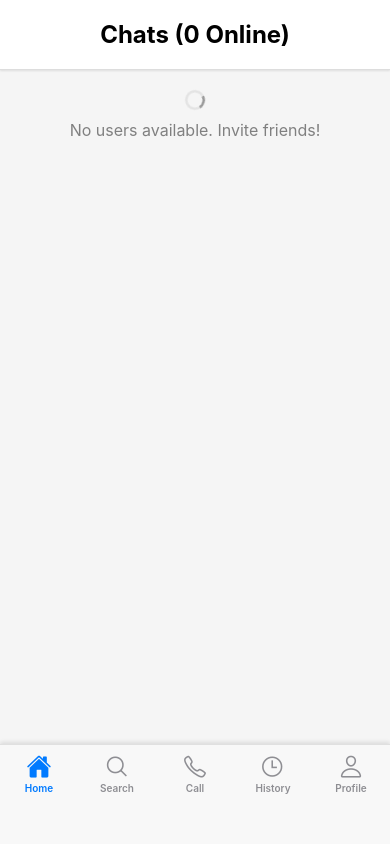
Repository: UdayRaj04/Chatapp_native
Screen: /MainTabs (app in ChatAppFrontend/)
An editor plug-in stored every save of this project. The screen is shown before and after the next save, followed by the edit.
The app was drawn by React Native's web renderer in a window 390 px wide. The project was rebuilt for these pictures with package versions that can differ from the ones it lists, and the page was loaded fresh each time. Some packages were replaced by stand-ins written for this rebuild. Also part of the build but not shown: ChatAppFrontend/screens/RegisterScreen.tsx, ChatAppFrontend/screens/ChatScreen.tsx, ChatAppFrontend/screens/SearchScreen.tsx, ChatAppFrontend/screens/AnalyticsScreen.tsx, ChatAppFrontend/screens/HistoryScreen.tsx, ChatAppFrontend/screens/ProfileScreen.tsx.

Above is the screen before, as saved 2025-09-09 17:48:15.

### ChatAppFrontend/App.tsx
import 'react-native-get-random-values';  // Polyfill first
import React from 'react';
import { NavigationContainer } from '@react-navigation/native';
import { createStackNavigator } from '@react-navigation/stack';
import { createBottomTabNavigator } from '@react-navigation/bottom-tabs';
import { Ionicons } from '@expo/vector-icons';
import { LogBox, View } from 'react-native';
import { SafeAreaProvider } from 'react-native-safe-area-context';  // New: For dynamic insets

// Suppress warnings
LogBox.ignoreLogs([
  'Text strings must be rendered within a <Text> component',
  'VirtualizedList: You have a large list that is slow to initial render',
  'Require cycle:',
  /Warning: [A-Za-z ]*Text strings[A-Za-z ]*/,
]);

// Your existing screens
import LoginScreen from './screens/LoginScreen';
import RegisterScreen from './screens/RegisterScreen';
import ChatListScreen from './screens/ChatListScreen';
import ChatScreen from './screens/ChatScreen';

// Placeholder screens (ensure they exist)
import SearchScreen from './screens/SearchScreen';
import AnalyticsScreen from './screens/AnalyticsScreen';
import HistoryScreen from './screens/HistoryScreen';
import ProfileScreen from './screens/ProfileScreen';

const Stack = createStackNavigator();
const Tab = createBottomTabNavigator();

// Main Tab Navigator (enhanced with safe area for no overlap)
function MainTabs() {
  return (
    <Tab.Navigator
      screenOptions={({ route }) => ({
        tabBarIcon: ({ focused, color, size }) => {
          let iconName: keyof typeof Ionicons.glyphMap;

          if (route.name === 'Chats') {
            iconName = focused ? 'home' : 'home-outline';
          } else if (route.name === 'Search') {
            iconName = focused ? 'search' : 'search-outline';
          } else if (route.name === 'Call') {
            iconName = focused ? 'call' : 'call-outline';
          } else if (route.name === 'History') {
            iconName = focused ? 'time' : 'time-outline';
          } else {
            iconName = focused ? 'person' : 'person-outline';
          }

          return <Ionicons name={iconName} size={size} color={color} />;
        },
        tabBarActiveTintColor: '#007AFF',
        tabBarInactiveTintColor: '#8e8e93',
        tabBarStyle: {
          backgroundColor: '#f8f8f8',
          borderTopWidth: 0.5,
          borderTopColor: '#e0e0e0',
          elevation: 8,
          shadowColor: '#000',
          shadowOffset: { width: 0, height: -2 },
          shadowOpacity: 0.1,
          shadowRadius: 4,
          height: 100,  // Increased: Taller tab bar (60 was too tight; 70 + labels)
          paddingBottom: 50,  // Reduced top padding for balance
          paddingTop: 5,
          position: 'absolute',  // Explicit: Ensures absolute positioning
          bottom: 0,  // Pin to bottom
          left: 0,
          right: 0,
          marginBottom: 0,  // No extra margin
        },
        tabBarLabelStyle: {
          fontSize: 10,
          fontWeight: '600',
          marginBottom: 0,  // Tight labels
        },
        headerShown: false,
        lazy: true,
        // New: Apply safe area padding to tab screens (prevents overlap)
        cardStyle: { paddingBottom: 0 },  // No extra card padding
      })}
    >
      <Tab.Screen name="Chats" component={ChatListScreen} options={{ title: 'Home' }} />
      <Tab.Screen name="Search" component={SearchScreen} options={{ title: 'Search' }} />
      <Tab.Screen name="Call" component={AnalyticsScreen} options={{ title: 'Call' }} />
      <Tab.Screen name="History" component={HistoryScreen} options={{ title: 'History' }} />
      <Tab.Screen name="Profile" component={ProfileScreen} options={{ title: 'Profile' }} />
    </Tab.Navigator>
  );
}

// Main App - Wrapped in SafeAreaProvider
export default function App() {
  return (
    <SafeAreaProvider>  {/* New: Enables useSafeAreaInsets() */}
      <View style={{ flex: 1 }}>
        <NavigationContainer>
          <Stack.Navigator
            initialRouteName="Login"
            screenOptions={{
              headerShown: false,
              cardStyle: { backgroundColor: '#f5f5f5' },
            }}
          >
            <Stack.Screen name="Login" component={LoginScreen} />
            <Stack.Screen name="Register" component={RegisterScreen} />
            <Stack.Screen name="MainTabs" component={MainTabs} />
            <Stack.Screen
              name="Chat"
              component={ChatScreen}
              options={{
                headerShown: true,
                headerTitle: 'Chat',
                headerStyle: { backgroundColor: '#007AFF' },
                headerTintColor: '#fff',
                presentation: 'modal',
                // Hide tabs in chat to avoid overlap
                tabBarStyle: { display: 'none' },
              }}
            />
          </Stack.Navigator>
        </NavigationContainer>
      </View>
    </SafeAreaProvider>
  );
}

### ChatAppFrontend/screens/LoginScreen.tsx
import React, { useState } from 'react';
import {
  View,
  TextInput,
  TouchableOpacity,
  Text,
  StyleSheet,
  Alert,
  ActivityIndicator,
  KeyboardAvoidingView,
  Platform,
  Image,  // New: For logo
} from 'react-native';
import { Ionicons } from '@expo/vector-icons';  // For input icons
import { useSafeAreaInsets } from 'react-native-safe-area-context';  // For insets (provider in App.tsx)
import { useNavigation } from '@react-navigation/native';  // For navigation
import AsyncStorage from '@react-native-async-storage/async-storage';
import axios, { AxiosError } from 'axios';

const API_BASE = 'http://192.168.29.93:5000/api';

interface LoginResponse {
  token: string;
  user: {
    id?: string;
    _id?: string;
    username: string;
    email: string;
  };
}

export default function LoginScreen() {
  const [email, setEmail] = useState<string>('');
  const [password, setPassword] = useState<string>('');
  const [loading, setLoading] = useState<boolean>(false);
  const [emailError, setEmailError] = useState<string>('');
  const [passwordError, setPasswordError] = useState<string>('');
  const navigation = useNavigation<any>();
  const insets = useSafeAreaInsets();  // Use insets from root provider

  const validateEmail = (email: string): boolean => {
    const emailRegex = /^[^\s@]+@[^\s@]+\.[^\s@]+$/;
    if (!email) {
      setEmailError('Email is required');
      return false;
    }
    if (!emailRegex.test(email)) {
      setEmailError('Invalid email format');
      return false;
    }
    setEmailError('');
    return true;
  };

  const validatePassword = (password: string): boolean => {
    if (!password) {
      setPasswordError('Password is required');
      return false;
    }
    if (password.length < 6) {
      setPasswordError('Password must be at least 6 characters');
      return false;
    }
    setPasswordError('');
    return true;
  };

  const handleLogin = async (): Promise<void> => {
    if (!validateEmail(email) || !validatePassword(password)) return;

    setLoading(true);
    try {
      const response = await axios.post<LoginResponse>(`${API_BASE}/auth/login`, {
        email,
        password,
      });
      await AsyncStorage.setItem('token', response.data.token);
      await AsyncStorage.setItem('user', JSON.stringify(response.data.user));
      navigation.replace('MainTabs');  // Navigate to tabs on success
    } catch (err) {
      const error = err as AxiosError;
      Alert.alert('Login Failed', error.response?.data?.error || 'Invalid credentials');
    } finally {
      setLoading(false);
    }
  };

  return (
    <KeyboardAvoidingView
      style={[styles.container, { paddingTop: insets.top }]}
      behavior={Platform.OS === 'ios' ? 'padding' : 'height'}
      enabled={true}
    >
      {/* Title with Logo */}
      <View style={styles.titleContainer}>
        {/* New: Bigger Logo */}
        <Image
          source={require('../assets/logos.png')}  // Adjust path if needed (e.g., '../../assets/logo.png')
          style={styles.logo}
          resizeMode="contain"
        />
        <Text style={styles.title}>Seamless Chat</Text>
        <Text style={styles.subtitle}>Welcome back! Sign in to continue</Text>
      </View>

      {/* Form */}
      <View style={styles.formContainer}>
        {/* Email Input */}
        <View style={styles.inputContainer}>
          <Ionicons name="mail" size={24} color="#999" style={styles.inputIcon} />
          <TextInput
            style={[styles.input, emailError ? styles.inputError : null]}
            value={email}
            onChangeText={(text) => {
              setEmail(text);
              if (emailError) validateEmail(text);
            }}
            placeholder="Email"
            keyboardType="email-address"
            autoCapitalize="none"
            onBlur={() => validateEmail(email)}
          />
        </View>
        {emailError ? <Text style={styles.errorText}>{emailError}</Text> : null}

        {/* Password Input */}
        <View style={styles.inputContainer}>
          <Ionicons name="lock-closed" size={24} color="#999" style={styles.inputIcon} />
          <TextInput
            style={[styles.input, passwordError ? styles.inputError : null]}
            value={password}
            onChangeText={(text) => {
              setPassword(text);
              if (passwordError) validatePassword(text);
            }}
            placeholder="Password"
            secureTextEntry={true}
            onBlur={() => validatePassword(password)}
          />
        </View>
        {passwordError ? <Text style={styles.errorText}>{passwordError}</Text> : null}

        {/* Login Button */}
        <TouchableOpacity
          style={[styles.button, loading ? styles.buttonDisabled : null]}
          onPress={handleLogin}
          disabled={loading}
          activeOpacity={0.7}
        >
          {loading ? (
            <ActivityIndicator size="small" color="#fff" />
          ) : (
            <Text style={styles.buttonText}>Login</Text>
          )}
        </TouchableOpacity>

        {/* Register Link */}
        <TouchableOpacity
          style={styles.linkContainer}
          onPress={() => navigation.navigate('Register')}
        >
          <Text style={styles.linkText}>Don't have an account? Register</Text>
        </TouchableOpacity>
      </View>
    </KeyboardAvoidingView>
  );
}

const styles = StyleSheet.create({
  container: {
    flex: 1,
    backgroundColor: '#f5f5f5',
    justifyContent: 'center',
    alignItems: 'center',
  },
  titleContainer: {
    alignItems: 'center',
    marginBottom: 50,  // Increased: More space after logo/title to form
  },
  // New: Logo Style (Bigger, Centered)
  logo: {
    width: 120,  // Bigger size - adjust as needed (e.g., 100 for smaller)
    height: 120,
    marginBottom: 20,  // Space between logo and title
    alignSelf: 'center',
  },
  title: {
    fontSize: 32,
    fontWeight: 'bold',
    color: '#333',
    marginBottom: 5,
  },
  subtitle: {
    fontSize: 16,
    color: '#666',
    textAlign: 'center',
  },
  formContainer: {
    width: '85%',  // Responsive width
    alignItems: 'center',
  },
  inputContainer: {
    flexDirection: 'row',
    alignItems: 'center',
    backgroundColor: '#fff',
    borderRadius: 10,
    marginBottom: 15,
    paddingHorizontal: 15,
    elevation: 2,
    shadowColor: '#000',
    shadowOffset: { width: 0, height: 1 },
    shadowOpacity: 0.1,
    shadowRadius: 2,
    width: '100%',
  },
  inputIcon: {
    marginRight: 10,
  },
  input: {
    flex: 1,
    paddingVertical: 12,
    fontSize: 16,
    color: '#333',
  },
  inputError: {
    borderWidth: 1,
    borderColor: '#ff6b6b',
  },
  errorText: {
    color: '#ff6b6b',
    fontSize: 12,
    marginBottom: 10,
    alignSelf: 'flex-start',
  },
  button: {
    backgroundColor: '#007AFF',
    borderRadius: 10,
    paddingVertical: 15,
    width: '100%',
    alignItems: 'center',
    marginTop: 10,
    elevation: 2,
    shadowColor: '#007AFF',
    shadowOffset: { width: 0, height: 2 },
    shadowOpacity: 0.2,
    shadowRadius: 4,
  },
  buttonDisabled: {
    backgroundColor: '#ccc',
  },
  buttonText: {
    color: '#fff',
    fontSize: 18,
    fontWeight: 'bold',
  },
  linkContainer: {
    marginTop: 20,
    alignItems: 'center',
  },
  linkText: {
    color: '#007AFF',
    fontSize: 16,
    textDecorationLine: 'underline',
  },
});

### ChatAppFrontend/screens/ChatListScreen.tsx
import React, { useState, useEffect } from 'react';
import {
  View,
  FlatList,
  Text,
  TouchableOpacity,
  StyleSheet,
  Alert,
  ActivityIndicator,
} from 'react-native';
import { Ionicons } from '@expo/vector-icons';  // New: For user icons (person-circle)
import { useSafeAreaInsets } from 'react-native-safe-area-context';  // From previous (for padding)
import AsyncStorage from '@react-native-async-storage/async-storage';
import axios, { AxiosError } from 'axios';
import io, { Socket } from 'socket.io-client';

const API_BASE = 'http://192.168.29.93:5000/api';

interface User {
  _id: string;
  id?: string;
  username: string;
  email: string;
}

export default function ChatListScreen({ navigation }: { navigation: any }) {
  const [users, setUsers] = useState<User[]>([]);
  const [loading, setLoading] = useState<boolean>(true);
  const [currentUser, setCurrentUser] = useState<User | null>(null);
  const [socket, setSocket] = useState<Socket | null>(null);
  const [onlineUsers, setOnlineUsers] = useState<Set<string>>(new Set());

  // Safe area for dynamic padding (from previous)
  const insets = useSafeAreaInsets();
  const bottomPadding = Math.max(120, insets.bottom + 70);

  useEffect(() => {
    loadUser();
    fetchUsers();

    const initSocket = async () => {
      const token = await AsyncStorage.getItem('token');
      if (token) {
        const newSocket = io(API_BASE.replace('/api', ''), {
          auth: { token },
        });
        setSocket(newSocket);
        newSocket.on('connect_error', () => Alert.alert('Socket Error', 'Connection failed'));

        newSocket.on('userOnline', (data) => {
          console.log('User online:', data.userId);
          setOnlineUsers((prev) => new Set([...prev, data.userId]));
        });

        newSocket.on('userOffline', (data) => {
          console.log('User offline:', data.userId);
          setOnlineUsers((prev) => {
            const newSet = new Set(prev);
            newSet.delete(data.userId);
            return newSet;
          });
        });

        newSocket.on('onlineUsersList', (data) => {
          console.log('Initial online users:', data.onlineUsers);
          setOnlineUsers(new Set(data.onlineUsers));
        });

        newSocket.on('connect', () => {
          console.log('Socket connected - requesting online users');
          newSocket.emit('getOnlineUsers');
        });
      }
    };
    initSocket();

    return () => {
      socket?.disconnect();
    };
  }, []);

  const loadUser = async (): Promise<void> => {
    const userStr = await AsyncStorage.getItem('user');
    if (userStr) {
      setCurrentUser(JSON.parse(userStr));
    }
    setLoading(false);
  };

  const fetchUsers = async (): Promise<void> => {
    const token = await AsyncStorage.getItem('token');
    if (!token) return;
    try {
      const response = await axios.get<User[]>(`${API_BASE}/users`, {
        headers: { Authorization: `Bearer ${token}` },
      });
      const validUsers = response.data.filter(u =>
        u && u.username && (u._id || u.id) && typeof u.username === 'string'
      );
      setUsers(validUsers);
    } catch (err) {
      const error = err as AxiosError;
      Alert.alert('Error', error.response?.data?.error || 'Failed to load users');
    }
  };

  const startChat = (otherUser: User): void => {
    const userId = otherUser.id || otherUser._id;
    console.log('Starting chat with userId:', userId);
    if (!userId) {
      Alert.alert('Error', 'Invalid user data');
      return;
    }
    navigation.navigate('Chat', {
      otherUserId: userId,
      otherUserName: otherUser.username,
    });
  };

  const renderUser = ({ item }: { item: User }): JSX.Element => {
    if (!item || !item.username || !(item._id || item.id)) {
      return (
        <View style={styles.userItem}>
          <View style={styles.userContent}>
            <Text style={styles.username}>Invalid user entry</Text>
          </View>
        </View>
      );
    }
    const userId = item.id || item._id;
    const isOnline = onlineUsers.has(userId);
    const userIdShort = userId.substring(0, 8) + '...';
    return (
      <TouchableOpacity onPress={() => startChat(item)} style={styles.userItem} activeOpacity={0.7}>
        <View style={styles.userContent}>
          {/* New: User icon on left */}
          <View style={styles.iconContainer}>
            <Ionicons
              name="person-circle"
              size={50}
              color={isOnline ? '#4CAF50' : '#ccc'}  // Green for online, gray for offline
            />
            {/* Optional: Small online dot (green circle below icon) */}
            {isOnline && (
              <View style={styles.onlineDot} />
            )}
          </View>
          {/* Text content on right */}
          <View style={styles.textContent}>
            <Text style={styles.username}>{item.username}</Text>
            {isOnline && <Text style={styles.onlineBadge}>Online</Text>}
            <Text style={styles.idText}>{"(ID: " + userIdShort + ")"}</Text>
          </View>
        </View>
      </TouchableOpacity>
    );
  };

  const renderEmpty = (): JSX.Element => (
    <View style={[styles.emptyContainer, { paddingBottom: bottomPadding }]}>
      <ActivityIndicator size="small" color="#999" />
      <Text style={styles.emptyText}>No users available. Invite friends!</Text>
    </View>
  );

  if (loading) {
    return (
      <View style={styles.loadingContainer}>
        <ActivityIndicator size="large" color="#0000ff" />
        <Text style={styles.loadingText}>Loading chats...</Text>
      </View>
    );
  }

  return (
    <View style={styles.container}>
      <Text style={styles.title}>Chats ({onlineUsers.size} Online)</Text>
      <FlatList
        data={users}
        keyExtractor={(item, index) => (item._id || item.id || index.toString())}
        renderItem={renderUser}
        ListEmptyComponent={renderEmpty}
        contentContainerStyle={[styles.listContent, { paddingBottom: bottomPadding }]}
        style={{ flex: 1 }}
        keyboardShouldPersistTaps="handled"
        bounces={true}
        showsVerticalScrollIndicator={true}
        initialNumToRender={10}
        maxToRenderPerBatch={5}
        windowSize={10}
        removeClippedSubviews={true}
        extraData={users}
        getItemLayout={(data, index) => ({ length: 70, offset: 70 * index, index })}
      />
    </View>
  );
}

const styles = StyleSheet.create({
  container: {
    flex: 1,
    backgroundColor: '#f5f5f5',
  },
  title: {
    fontSize: 24,
    fontWeight: 'bold',
    padding: 20,
    textAlign: 'center',
    backgroundColor: '#fff',
    borderBottomWidth: 1,
    borderBottomColor: '#ddd',
    elevation: 2,
    shadowColor: '#000',
    shadowOffset: { width: 0, height: 1 },
    shadowOpacity: 0.1,
    shadowRadius: 2,
  },
  loadingContainer: {
    flex: 1,
    justifyContent: 'center',
    alignItems: 'center',
  },
  loadingText: {
    marginTop: 10,
    fontSize: 16,
    color: '#666',
  },
  listContent: {
    paddingHorizontal: 10,
  },
  userItem: {
    backgroundColor: '#fff',
    marginVertical: 5,
    marginHorizontal: 10,
    borderRadius: 10,
    padding: 15,
    elevation: 2,
    shadowColor: '#000',
    shadowOffset: { width: 0, height: 1 },
    shadowOpacity: 0.2,
    shadowRadius: 1.41,
    // New: Taller for icon row
    minHeight: 70,
  },
  userContent: {
    flex: 1,
    flexDirection: 'row',  // New: Row for icon + text
    alignItems: 'center',  // New: Vertical center
  },
  // New: Icon container (left side)
  iconContainer: {
    marginRight: 15,  // Space between icon and text
    position: 'relative',  // For online dot positioning
  },
  // New: Text content wrapper (right side)
  textContent: {
    flex: 1,  // Take remaining space
    flexDirection: 'column',  // Stack username, badge, ID
    justifyContent: 'flex-start',
  },
  username: {
    fontSize: 18,
    fontWeight: 'bold',
    marginBottom: 2,  // Small space before badge/ID
  },
  onlineBadge: {
    fontSize: 12,
    color: '#4CAF50',
    fontWeight: 'bold',
    marginBottom: 2,
  },
  idText: {
    fontSize: 12,
    color: 'gray',
  },
  // New: Online status dot (small green circle under icon)
  onlineDot: {
    position: 'absolute',
    bottom: 0,
    right: 0,
    width: 12,
    height: 12,
    borderRadius: 6,
    backgroundColor: '#4CAF50',
    borderWidth: 2,
    borderColor: '#fff',  // White border for visibility
  },
  emptyContainer: {
    justifyContent: 'center',
    alignItems: 'center',
    padding: 20,
  },
  emptyText: {
    fontSize: 16,
    color: 'gray',
    textAlign: 'center',
    marginTop: 10,
  },
});

Loaded but not shown: ChatAppFrontend/index.ts (common file)

After the next save:
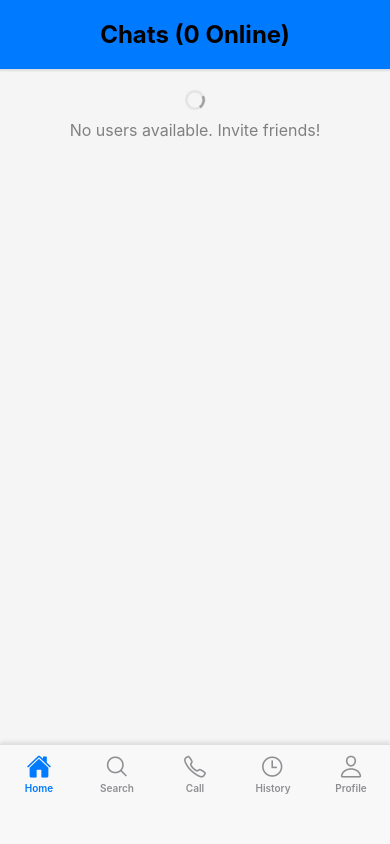
Saved 4 s later.
--- a/ChatAppFrontend/screens/ChatListScreen.tsx
+++ b/ChatAppFrontend/screens/ChatListScreen.tsx
@@ -206,7 +206,7 @@ const styles = StyleSheet.create({
     fontWeight: 'bold',
     padding: 20,
     textAlign: 'center',
-    backgroundColor: '#fff',
+    backgroundColor: '#007AFF',
     borderBottomWidth: 1,
     borderBottomColor: '#ddd',
     elevation: 2,
